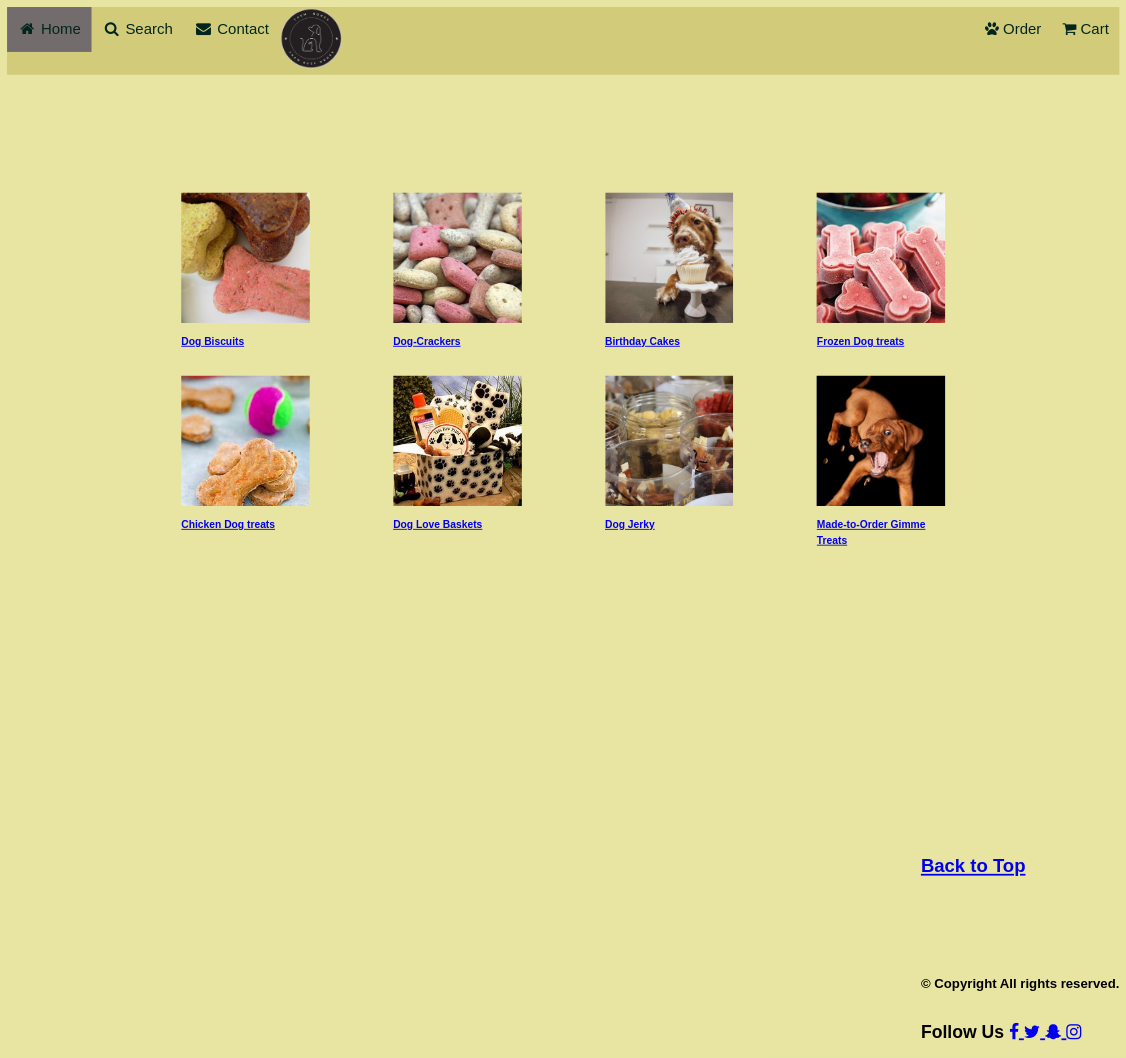
Repository: vgoins-RA2022/HTML-1
Page: index.html
An editor plug-in stored every save of this project. The page is shown before and after the next save, followed by the edit.
The browser window is 1280 px wide. The pictures show the whole page, at 88% of full size.

Above is the page before, as saved 2023-01-21 18:33:46.

After the next save:
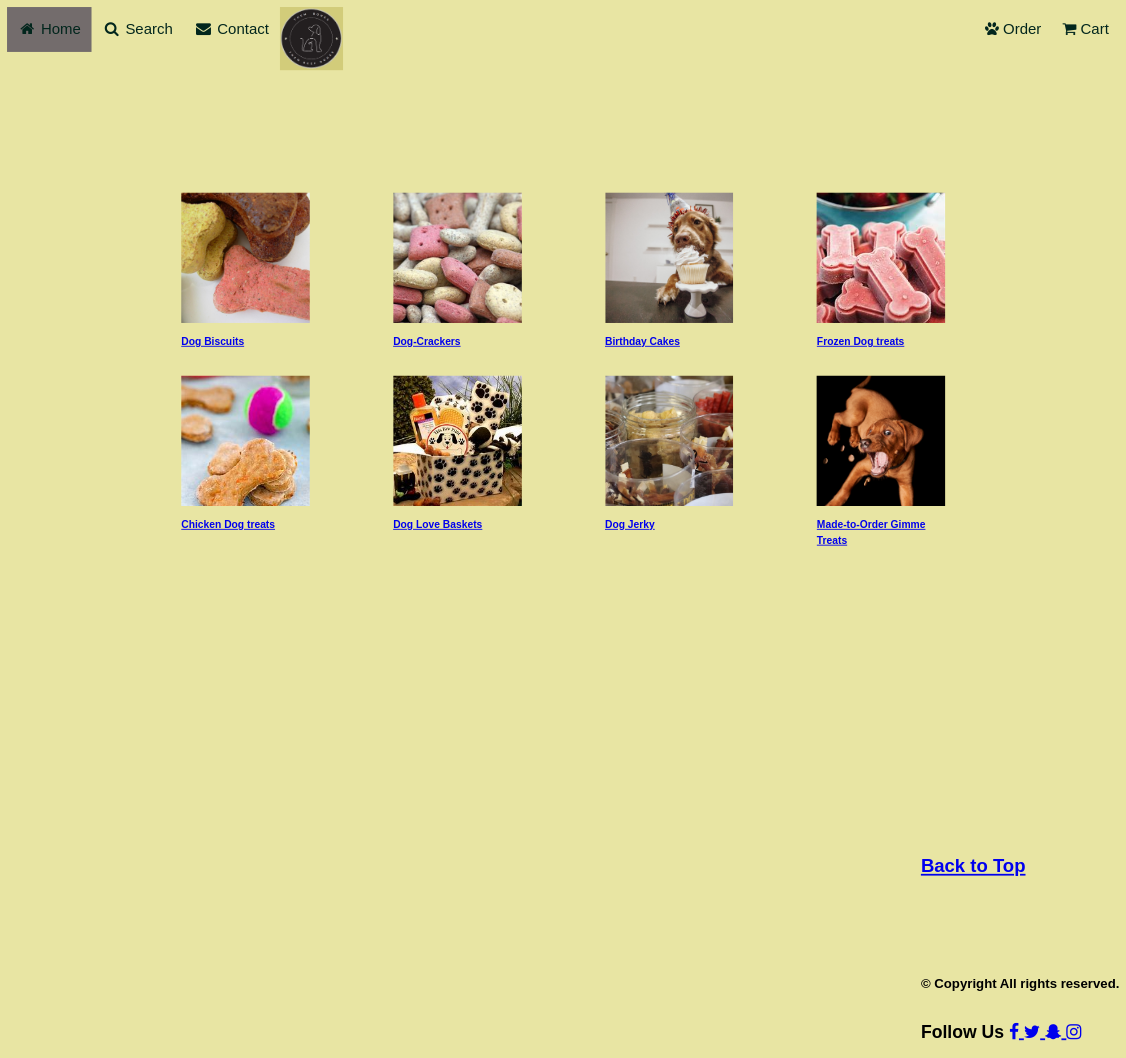
Saved 33 s later.
--- a/src/css/Style.css
+++ b/src/css/Style.css
@@ -49,12 +49,6 @@
 .navbar a {
     float: left;
     display: block;
-}
-
-.navbar {
-    width: 100%;
-    background-color: #d2cc7a;
-    overflow: auto;
 }
 
 .logo img {

After the save that followed:
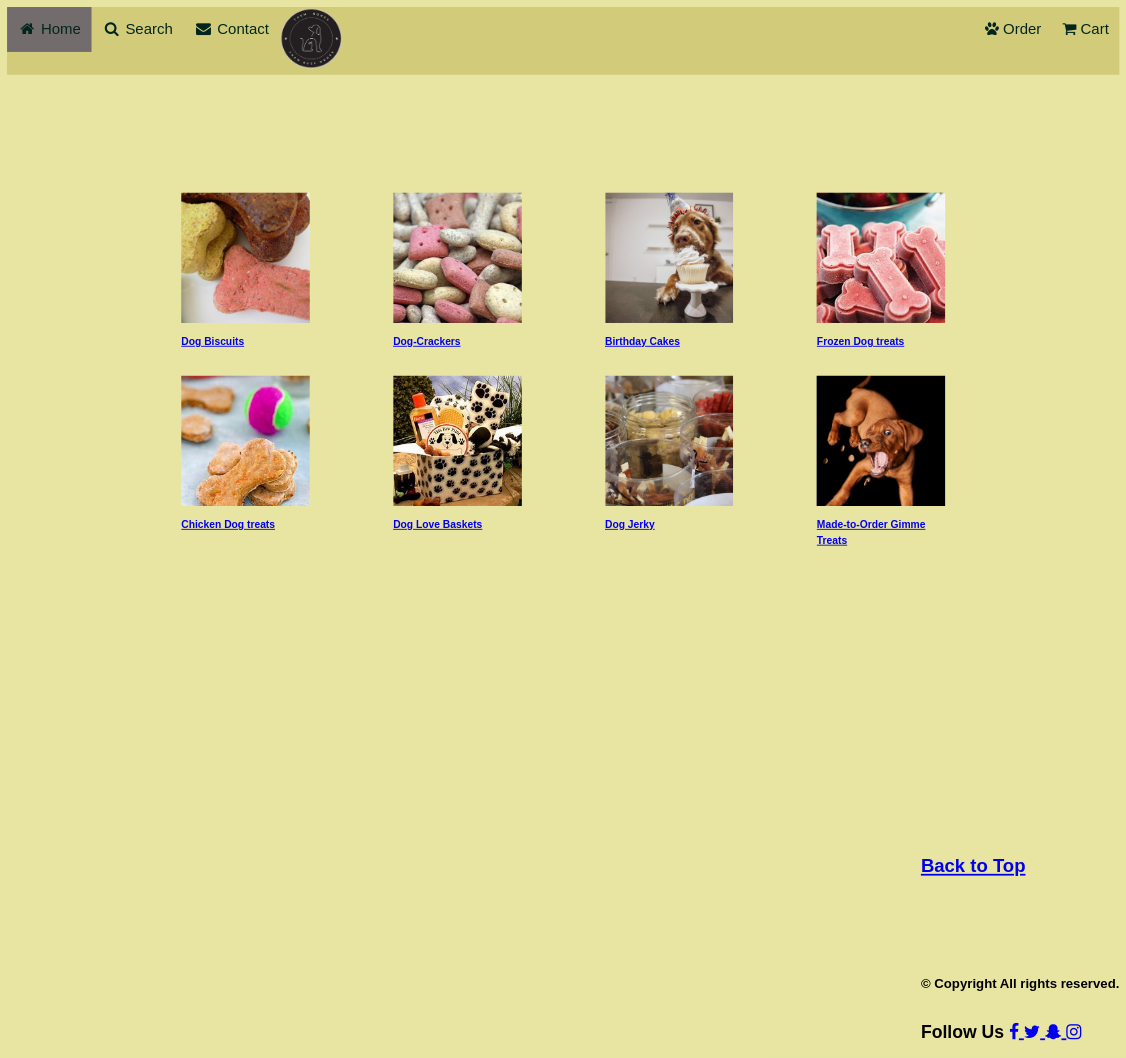
Saved 39 s later.
--- a/src/css/Style.css
+++ b/src/css/Style.css
@@ -49,6 +49,12 @@
 .navbar a {
     float: left;
     display: block;
+}
+
+.navbar {
+    width: 100%;
+    background-color: #d2cc7a;
+    overflow: auto;
 }
 
 .logo img {
